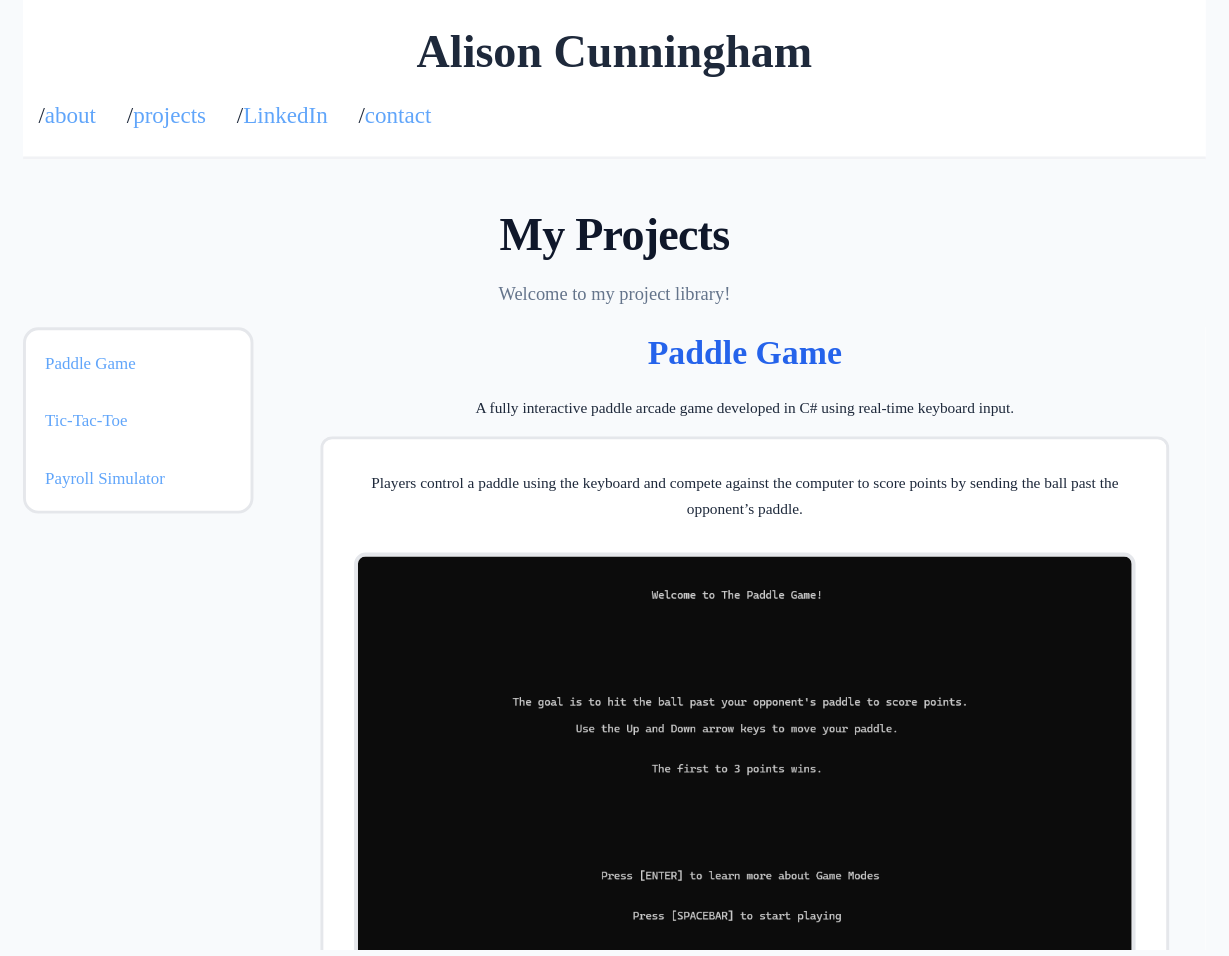
Repository: alison-cunningham/alison-cunningham
Page: pages/main-projects-page.html
The author's editor kept a copy of each file at every save. The page is drawn from the files as they stood at one save, then again after the next save.
The browser window is 1280 px wide. The pictures show the whole page, at 96% of full size.
Some web fonts or font styles are not loaded; a fallback is used.

Above is the page before, as saved 2026-05-12 21:09:22.

### pages/main-projects-page.html
<!DOCTYPE html>
<html lang="en">
<head>
    <meta charset="UTF-8" />
    <title>Project - Paddle Game</title>
    <meta name="viewport" content="width=device-width, initial-scale=1.0">
    <link rel="stylesheet" href="../styles/pages.css"/>
    <link rel="stylesheet" href="../styles/globals.css"/>
</head>
<body>

    <header class="page-header">
        <h1>Alison Cunningham</h1>
        <div class="nav-bar">
            <a href="../index.html">/<span class="hover-text">about</span></a>
            <a href="./main-projects-page.html">/<span class="hover-text">projects</span></a>
            <a href="https://www.linkedin.com/in/alison-c-427578b5">/<span class="hover-text">LinkedIn</span></a>
            <a href="mailto:cunningham.alison.m@gmail.com">/<span class="hover-text">contact</span></a>
        </div>
    </header>

    <section class="project-card">
        <header class="main-header">
        <h2>My Projects</h2>
        <p>
            Welcome to my project library!
            <br>
        </p>
        </header>

        <div class="projects-layout">
            <nav>
            <a href="./paddle-game.html" target="myframe">
            Paddle Game
            </a>
            <a href="./tic-tac-toe.html" target="myframe">
            Tic-Tac-Toe
            </a>
            <a href="./payroll-simulator.html" target="myframe">
            Payroll Simulator
            </a>
            </nav>

            <section class="mainview">
                <iframe src="./paddle-game.html" name="myframe"></iframe>
            </section>
        </div>

    </section>

</body>


</html>

### styles/pages.css
body{
    display: flex;
    flex-direction: column;
    align-items: center;

    margin: 0 auto;
    padding: 0 1.5rem;

}

.main-header{
    display: grid;
    text-align: center;

    font-size: 1.2rem;
}

.main-header h2{
    font-size: 3rem;

    margin-bottom: 0.5rem;

    color: #0f172a;
    letter-spacing: -0.05rem;
}

.main-header p{
    margin-top: 0;

    font-size: 1.2rem;
    color: #64748b;
}

.project-header{
    display: grid;
    justify-content: center;
    text-align: center;

}

.project-header h1{
    margin-bottom: 0;

    font-size: 2.2rem;

    color: #2563eb;
}

nav{
    width: 100%;
    margin: 1rem auto;
    padding: .75rem;

    background-color: #ffffff;
    border: .2rem solid #e5e7eb;
    border-radius: 1rem;

    display: flex;
    justify-content: center;
    gap: 1rem;
    flex-wrap: wrap;

}

nav a{

    color: #60a5fa;
    padding: .5rem .5rem;
    border-radius: .75rem;

    font-size: 1.1rem;

    transition:
        background-color 0.3s ease,
        color 0.3s ease,
        transform 0.3s ease;
}

nav a:hover{
    background-color: #34d399;
    color: white;
}

img{
    display: block;
    max-width: 100%;
    margin: 1rem auto;
    border: .3rem solid #e5e7eb;
    border-radius: .75rem;

    transition: transform 0.3s ease;
}

img:hover{
    transform: scale(1.09);
}

.project-description{
    max-width: 97%;

    margin: 0 auto 2rem;
    padding: 2rem;

    background-color: #ffffff;
    border: .2rem solid #e5e7eb;
    border-radius: .75rem;

    line-height: 1.7;
}

.project-description ul{
    margin-top: 1rem;
    margin-bottom: 1rem;
    padding-left: 1.5rem;
}

.project-link{
    display: block;
    width: fit-content;

    margin: 0 auto 3rem;
    padding: .75rem;

    background-color: #60a5fa;
    color: white;

    text-decoration: none;

    border-radius: .5rem;

    transition: background-color 0.3s ease;
    transition: transform 0.2s ease;
}

.project-link:hover{
    background-color: #34d399;
}

summary{
    text-align: center;
    margin-bottom: 2rem;
}

.learned{
    line-height: 2rem;
    background-color: #e5e7eb;
    padding: 0.3rem 1.5rem 1rem;
    margin: 0.2rem;
    border-radius: 0.75rem;
}

.payroll-breakdown{
    line-height: 1.4rem;
}

iframe{
    width: 100%;
    min-height: 80vh;
    border: 0;
}

@media (min-width: 768px){

    .projects-layout{
        display: flex;
        flex-direction: column;
        gap: 1.5rem;
    }

    .project-card{
        width:100%;
    }

}

@media (min-width: 1000px){

    .projects-layout{
        display: grid;
        grid-template-columns: 1fr 4fr;
        align-items: start;

        gap: 2rem;
        width: 100%;
    }

    nav{
        position: sticky;
        top: 2rem;

        display: flex;
        flex-direction: column;

        width: 100%;
        margin: 0;
    }

    nav a{
        width: 100%;
        text-align: left;
    }

    iframe{
        min-height: 90vh;
    }
}

### styles/globals.css
@font-face{
    font-family: 'Radio-Canada';
    src: url('../assets/fonts/Radio_Canada/RadioCanada-VariableFont_wdth\,wght.ttf')
}

*{
    box-sizing: border-box;
}

body{
    font-family: 'Radio-Canada';

    background-color: #f8fafc;
    color: #1e293b;

    line-height: 1.6;
    font-size: 1rem;

    margin: 0;
    overflow-x: hidden;
}


a{
    text-decoration: none;
    color: inherit;
}

h3{
    font-size: 1.4rem;
    margin-bottom: 1rem;
    color: #0f172a;
}

.page-header{

    font-size: 1.3rem;
    width: 100%;
    padding: 1rem 0;

    background-color: #ffffff;
    border-bottom: .2rem solid #e5e7eb85;

    display: flex;
    flex-direction: column;
    align-items: center;
    justify-content: center;
    text-align: center;


}

header h1{
    font-size: 3rem;
    margin: 0;
}

.nav-bar{
    display: flex;
    gap: 2rem;

    width: 100%;
    max-width: 100%;

    overflow-x: auto;

    padding: 0.5rem 1rem;
    margin: 0;

    font-size: 1.5rem;
}

.nav-bar::-webkit-scrollbar{
    height: 0.45rem;
}

.nav-bar::-webkit-scrollbar-track{
    background: #e5e7eb;
    border-radius: 999rem;
}

.nav-bar::-webkit-scrollbar-thumb{
    background: #34d399;
    border-radius: 999rem;
}

.hover-text{
    color: #60a5fa;
    position: relative;
}

.hover-text:hover{
    color: #34d399;
}

.hover-text::after{
    content:"";
    position: absolute;
    left: 0;
    bottom: -2px;

    width: 0%;
    height: 2px;
    background: #34d399;
    transition: width 0.6s ease;

}

.hover-text:hover::after {
    width: 100%;
}

### pages/paddle-game.html
<!DOCTYPE html>
<html lang="en">
<head>
    <meta charset="UTF-8" />
    <title>Project - Paddle Game</title>
    <meta name="viewport" content="width=device-width, initial-scale=1.0">
    <link rel="stylesheet" href="../styles/globals.css"/>
    <link rel="stylesheet" href="../styles/pages.css">
</head>
<body>
    <header class="project-header">
        <h1>Paddle Game</h1>
        <p>
            A fully interactive paddle arcade game developed in C# using real-time keyboard input.
        </p>
    </header>

    <section class="project-description">
        <summary>
            Players control a paddle using the keyboard and compete against the computer to score points by sending the ball past the opponent’s paddle.
        </summary>

        <img src="../assets/images/paddle-game-screenshot-2.png" alt="Screenshot from Paddle Game gameplay">

        The game features:
        <ul>
            <li>AI-controlled opponent with multiple difficulty levels</li>
            <li>Collision detection</li>
            <li>Score tracking</li>
            <li>Randomized gameplay modifiers that change the mechanics after each round</li>
        </ul>


        To make gameplay more dynamic and unpredictable, special game modes such as Ghost Ball, Fast Ball, Curve Ball, Drunk Paddle, and Small Paddle are randomly activated throughout the match.
    </section>

    <section class="learned">

        <h3>What I learned:</h3>
        <p>This project introduced and strengthened my understanding of core game development concepts including game loops, object movement, simple AI behavior, collision handling, frame synchronization, and state management within a console application environment.</p>

    </section>

    <br>

    <a class="project-link"
        href="https://github.com/alison-cunningham/PaddleGame-2D-Collision-Simulation.git"
        target="_blank">
        View GitHub Repo
    </a>

</body>

</html>

After the next save:
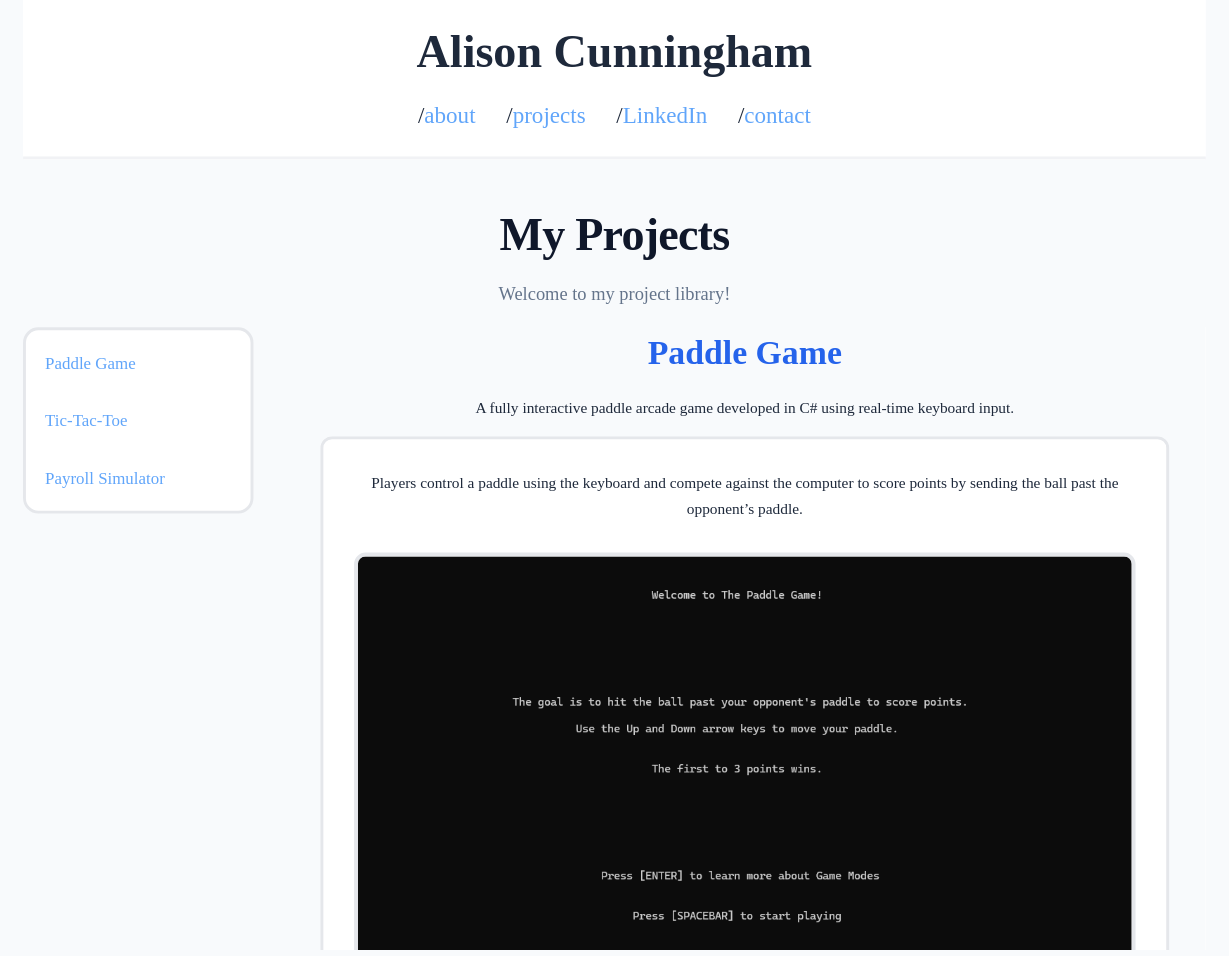
Saved 7 min 19 s later.
--- a/styles/globals.css
+++ b/styles/globals.css
@@ -109,3 +109,10 @@ header h1{
 .hover-text:hover::after {
     width: 100%;
 }
+
+@media (min-width: 768px){
+    .nav-bar{
+        justify-content: center;
+        overflow-x: visible;
+    }
+}
